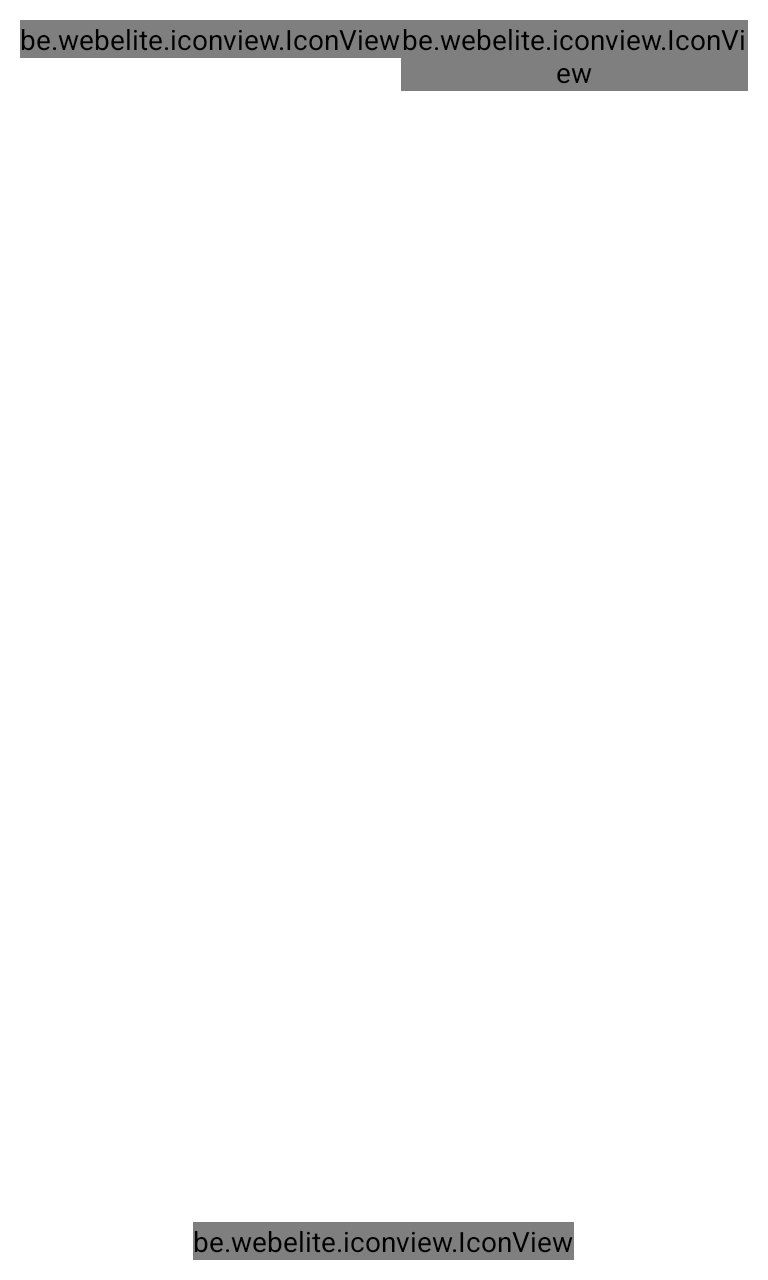
Repository: MarsVard/IconView
Layout: IconViewExample/res/layout/activity_main.xml
The author's editor kept a copy of each file at every save. The layout is drawn from the files as they stood at one save, then again after the next save.
Pictures or frames that could not be fetched are drawn as grey boxes. It is drawn on a 768 x 1280 px phone screen (xhdpi) without system bars, with theme AppTheme; the app's code is not run.

Above is the layout before, as saved 2013-04-23 20:16:25.

### IconViewExample/res/layout/activity_main.xml
<RelativeLayout xmlns:android="http://schemas.android.com/apk/res/android"
    xmlns:tools="http://schemas.android.com/tools"
    xmlns:iconview="http://schemas.android.com/apk/res-auto"
    android:layout_width="match_parent"
    android:layout_height="match_parent"
    tools:context=".MainActivity"
    android:padding="10dp">

    <LinearLayout
        android:layout_alignParentTop="true"
        android:layout_width="fill_parent"
        android:layout_height="wrap_content"
        android:orientation="horizontal"
        >
        <be.webelite.iconview.IconView
        iconview:icon_name="entypo_github"
        android:layout_height="wrap_content"
        android:layout_width="wrap_content"
        android:textSize="100sp"
        android:textColor="#222222"/>

        <be.webelite.iconview.IconView
        iconview:icon_name="entypo_github"
        android:layout_height="wrap_content"
        android:layout_width="wrap_content"
        android:textSize="80sp"
        android:textColor="#222222"/>

        <be.webelite.iconview.IconView
        iconview:icon_name="entypo_github"
        android:layout_height="wrap_content"
        android:layout_width="wrap_content"
        android:textSize="50sp"
        android:textColor="#222222"/>
    </LinearLayout>


    <be.webelite.iconview.IconView
        android:id="@+id/loading"
        android:layout_centerHorizontal="true"
        iconview:icon_name="entypo_cog"
        android:layout_height="wrap_content"
        android:layout_width="wrap_content"
        android:textSize="80sp"
        android:textColor="#222222"
        android:layout_alignParentBottom="true"/>

</RelativeLayout>

Loaded but not shown: IconViewExample/res/values/styles.xml (common file); IconViewExample/res/values-v11/styles.xml (common file); IconViewExample/res/values-v14/styles.xml (common file)

After the next save:
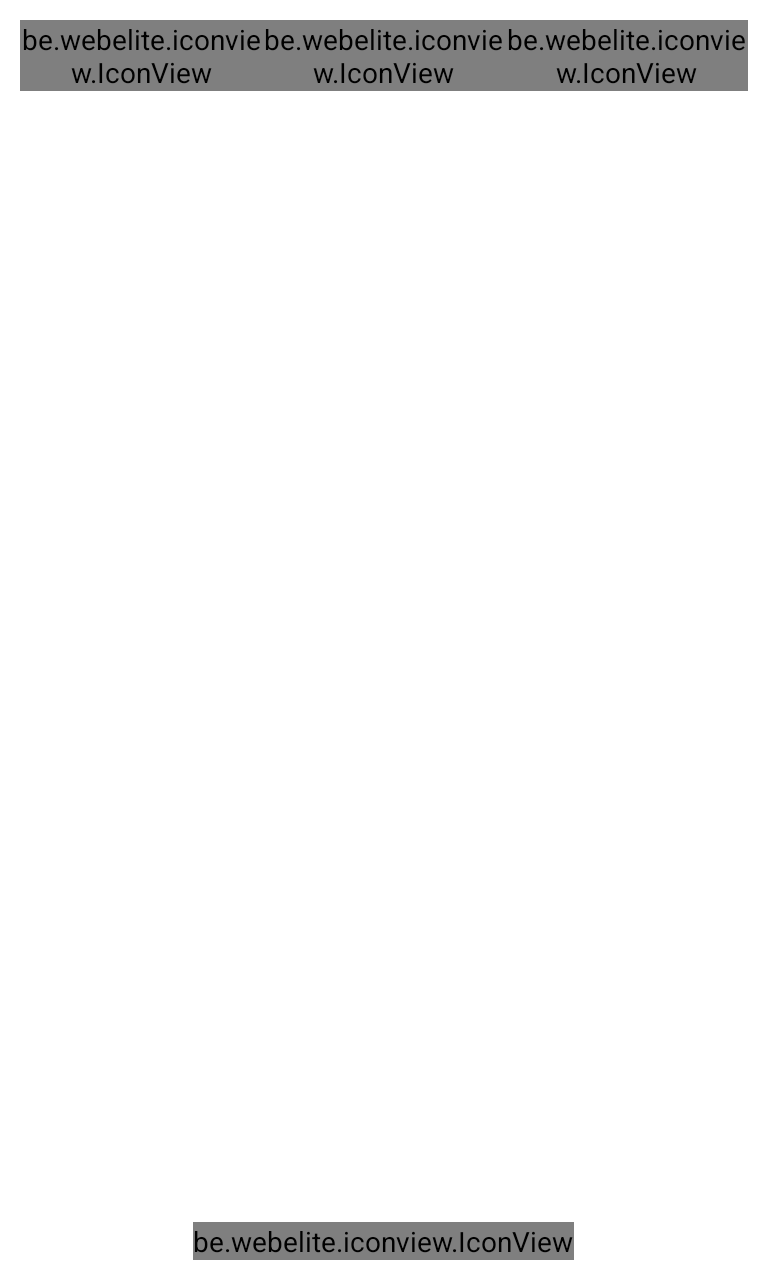
Saved 52 s later.
--- a/IconViewExample/res/layout/activity_main.xml
+++ b/IconViewExample/res/layout/activity_main.xml
@@ -15,21 +15,24 @@
         <be.webelite.iconview.IconView
         iconview:icon_name="entypo_github"
         android:layout_height="wrap_content"
-        android:layout_width="wrap_content"
+        android:layout_width="0dp"
+        android:layout_weight=".33"
         android:textSize="100sp"
         android:textColor="#222222"/>
 
         <be.webelite.iconview.IconView
         iconview:icon_name="entypo_github"
         android:layout_height="wrap_content"
-        android:layout_width="wrap_content"
+        android:layout_width="0dp"
+        android:layout_weight=".33"
         android:textSize="80sp"
         android:textColor="#222222"/>
 
         <be.webelite.iconview.IconView
         iconview:icon_name="entypo_github"
         android:layout_height="wrap_content"
-        android:layout_width="wrap_content"
+        android:layout_width="0dp"
+        android:layout_weight=".33"
         android:textSize="50sp"
         android:textColor="#222222"/>
     </LinearLayout>
